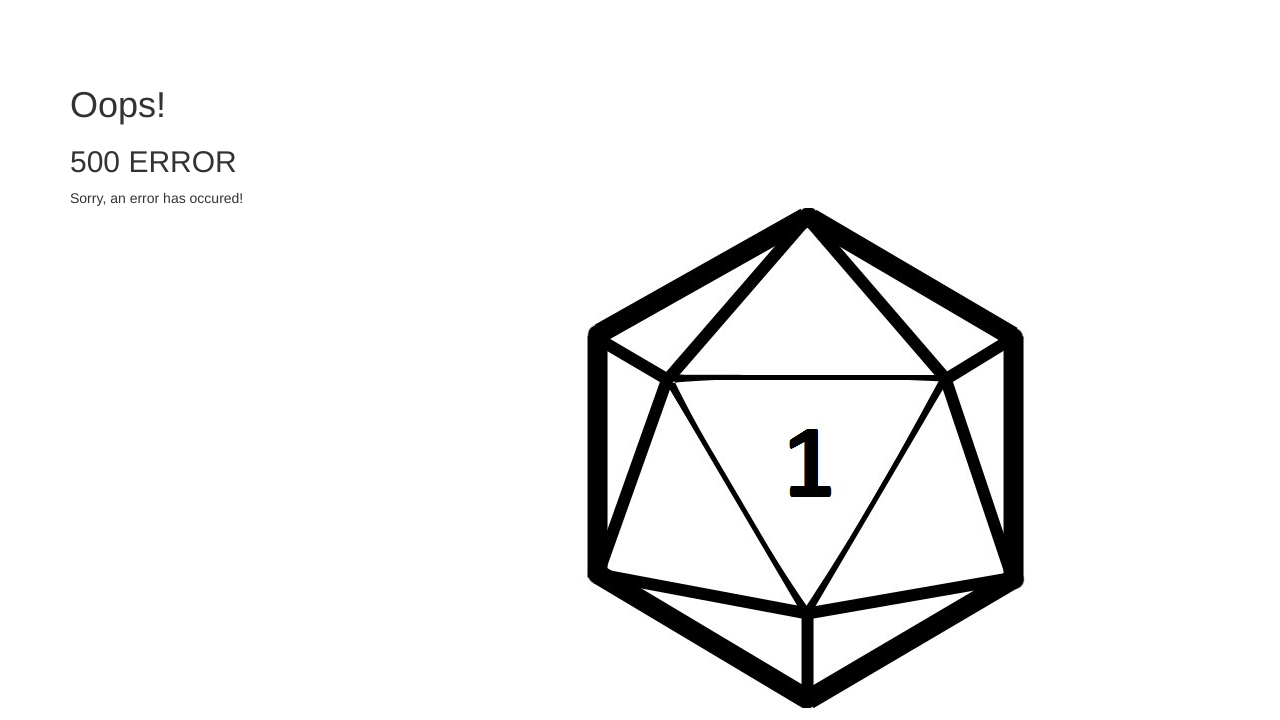
Repository: ttiede/F21
Page: fj-21-agenda/WebContent/error.html
An editor plug-in stored every save of this project. The page is shown before and after the next save, followed by the edit.
The browser window is 1280 px wide. The pictures show the whole page.
Some web libraries are served in a nearby version.

Above is the page before, as saved 2017-11-18 13:34:31.

After the next save:
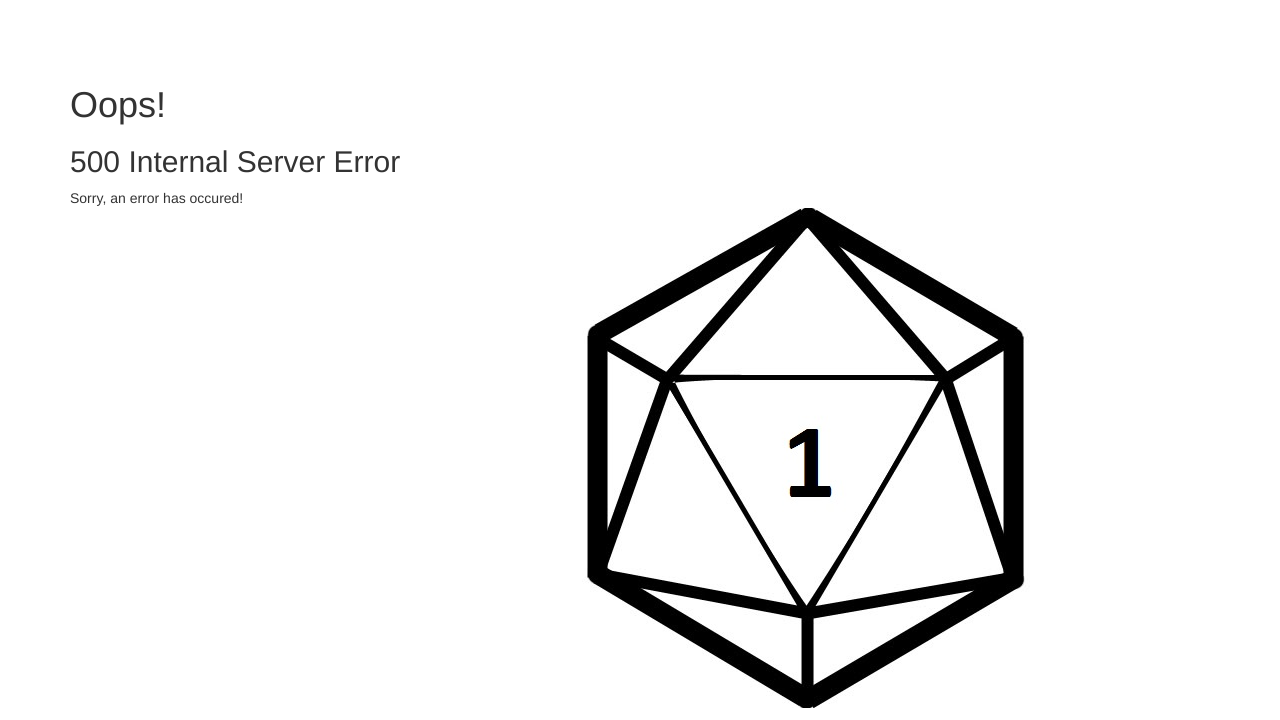
Saved 19 s later.
--- a/fj-21-agenda/WebContent/error.html
+++ b/fj-21-agenda/WebContent/error.html
@@ -20,7 +20,7 @@
 
 	<div class="container" style="margin-top: 65px;">
 		<h1>Oops!</h1>
-		<h2>500 ERROR</h2>
+		<h2>500 Internal Server Error</h2>
 		<div class="error-details">Sorry, an error has occured!</div>
 		<div class="error-actions">
 			<div class="row">
